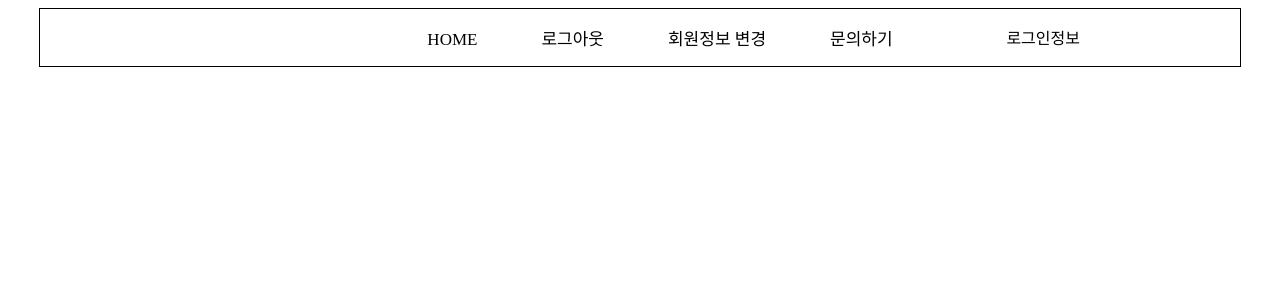
Repository: ceooyh/JSP
Page: http://localhost/memberProject/template/header2.jsp
The author's editor kept a copy of each file at every save. The page is drawn from the files as they stood at one save, then again after the next save.
The browser window is 1280 px wide. The pictures show the whole page.
The page is served by Tomcat 9. Other server files are loaded and not shown.

Above is the page before, as saved 2020-12-30 07:50:58.

### memberProject/WebContent/template/header2.jsp
<%@ page language="java" contentType="text/html; charset=UTF-8"
    pageEncoding="UTF-8"%>
<style>
	nav {
		width:1200px;
		margin:0 auto;/* 가운데 정렬  */
		border:1px solid black;
		text-align: center;
	}
	ul{
		list-style-type: none;
		height: auto;
		display: inline-block;
	}
	li{
		display: inline-block;
	}
	#menu_bar a:link,#menu_bar a:visited {
		color:black;
		text-decoration: none;
		font-size: 17px;
		text-align: center;
		padding: 20px 30px;
	}
	ul>li:last-child {
		position: absolute;
		right: 200px;
	}
</style>
<nav id="menu_bar">
	<ul>
		<li><a href="main.jsp">HOME</a></li>
		<li><a href="logout.jsp">로그아웃</a></li>
		<li><a href="#">회원정보 변경</a></li>
		<li><a href="#">문의하기</a></li>
		<li>로그인정보</li>
	</ul>
</nav>

After the next save:
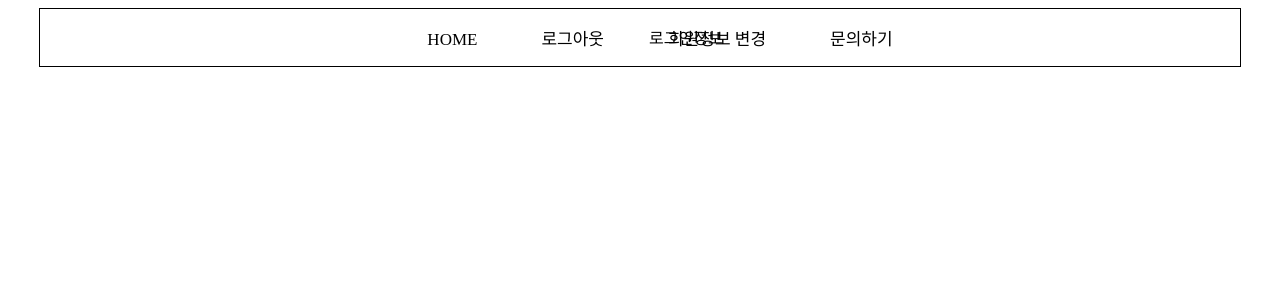
Saved 12 s later.
--- a/memberProject/WebContent/template/header2.jsp
+++ b/memberProject/WebContent/template/header2.jsp
@@ -11,6 +11,7 @@
 		list-style-type: none;
 		height: auto;
 		display: inline-block;
+		position: relative;
 	}
 	li{
 		display: inline-block;
